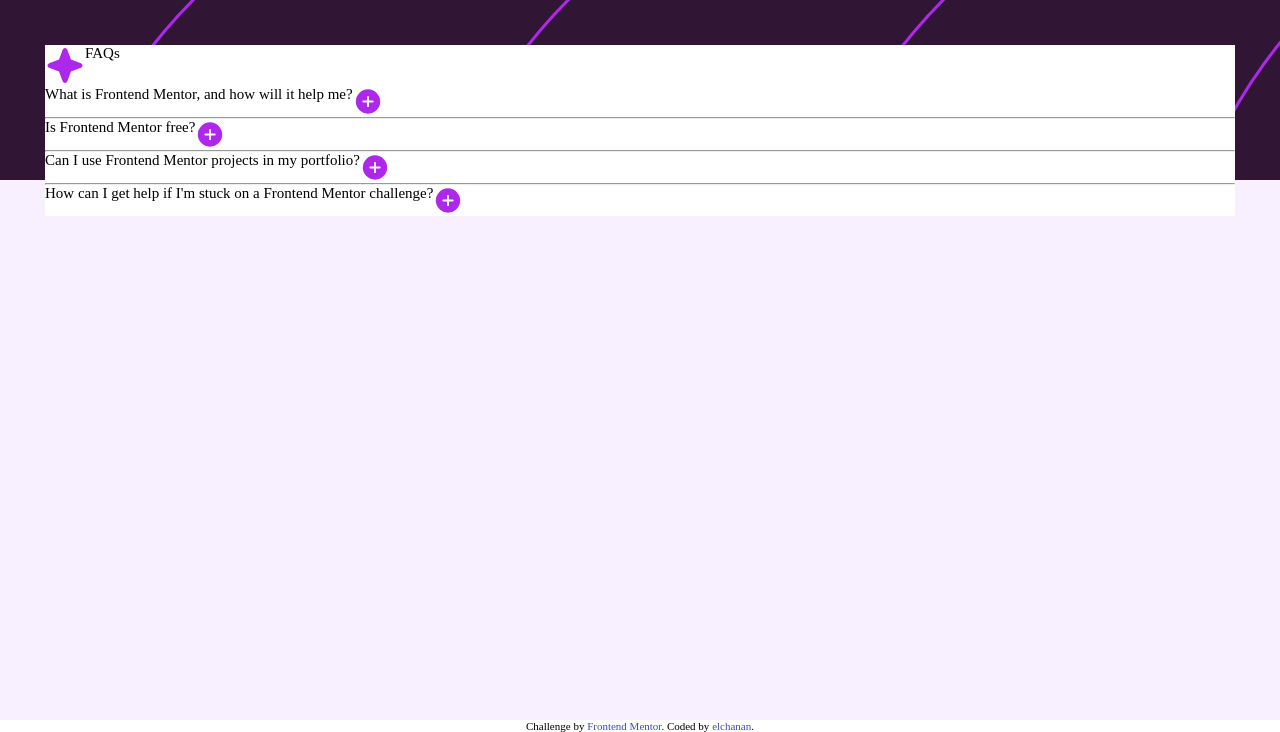
Repository: elchananChen/frontend-mentor-projects
Page: 2024/10/faQs/index.html
These files come from the project's save history. The page is drawn as it stood at one moment and after the next save; the edit follows.
The browser window is 1280 px wide. The pictures show the whole page.

Above is the page before, as saved 2024-10-13 06:04:23.

### 2024/10/faQs/index.html
<!DOCTYPE html>
<html lang="en">
  <head>
    <meta charset="UTF-8" />
    <meta name="viewport" content="width=device-width, initial-scale=1.0" />

    <link
      rel="icon"
      type="image/png"
      sizes="32x32"
      href="./assets/images/favicon-32x32.png"
    />

    <title>Frontend Mentor | FAQ accordion</title>

    <style>
      .attribution {
        font-size: 11px;
        text-align: center;
      }
      .attribution a {
        color: hsl(228, 45%, 44%);
      }
    </style>
    <link rel="stylesheet" href="./style.css" />
  </head>
  <body>
    <article>
      <div class="card">
        <header>
          <div class="flex">
            <div><img src="./assets/images/icon-star.svg" alt="" /></div>
            <h1>FAQs</h1>
          </div>
        </header>
        <main>
          <div class="flex">
            <h3>What is Frontend Mentor, and how will it help me?</h3>
            <div><img src="./assets/images/icon-plus.svg" alt="" /></div>
          </div>
          <p class="hidden">
            Frontend Mentor offers realistic coding challenges to help
            developers improve their frontend coding skills with projects in
            HTML, CSS, and JavaScript. It's suitable for all levels and ideal
            for portfolio building.
          </p>
          <hr />
          <div class="flex">
            <h3>Is Frontend Mentor free?</h3>
            <div><img src="./assets/images/icon-plus.svg" alt="" /></div>
          </div>
          <p class="hidden">
            Yes, Frontend Mentor offers both free and premium coding challenges,
            with the free option providing access to a range of projects
            suitable for all skill levels.
          </p>
          <hr />
          <div class="flex">
            <h3>Can I use Frontend Mentor projects in my portfolio?</h3>
            <div><img src="./assets/images/icon-plus.svg" alt="" /></div>
          </div>
          <p class="hidden">
            Yes, you can use projects completed on Frontend Mentor in your
            portfolio. It's an excellent way to showcase your skills to
            potential employers!
          </p>
          <hr />
          <div class="flex">
            <h3>
              How can I get help if I'm stuck on a Frontend Mentor challenge?
            </h3>
            <div><img src="./assets/images/icon-plus.svg" alt="" /></div>
          </div>
          <p class="hidden">
            The best place to get help is inside Frontend Mentor's Discord
            community. There's a help channel where you can ask questions and
            seek support from other community members.
          </p>
        </main>
      </div>
    </article>
    <div class="attribution">
      Challenge by
      <a href="https://www.frontendmentor.io?ref=challenge" target="_blank"
        >Frontend Mentor</a
      >. Coded by <a href="#">elchanan</a>.
    </div>
  </body>
</html>

### 2024/10/faQs/style.css
@import url("./css/reset.css");
@import url("./css/varieble.css");
@import url("./css/fonts.css");
@import url("./css/utilities.css");

article {
  min-height: 100vh;
  width: 100%;
  padding: 3rem;
  background: linear-gradient(180deg, transparent 25%, hsl(275, 100%, 97%) 25%),
    url("./assets/images/background-pattern-mobile.svg");
}
.card {
  /* min-height: 100vh; */
  background-color: var(--color-White);
}
header {
}

### 2024/10/faQs/css/reset.css
* {
  box-sizing: border-box;
  margin: 0;
  padding: 0;
}
html {
  font-family: "overpass-Regular";
}
html,
body {
  min-height: 100vh;
  width: 100%;
  font-size: 15px;
}

img {
  display: block;
  max-width: 100%;
}
h1,
h2,
h3,
h4,
h5,
h6 {
  font-size: 1rem;
  font-weight: normal;
}
button {
  border: 0px;
}

ul,
ol {
  padding-left: 0.5rem;
}
a {
  text-decoration: none;
  color: inherit;
}

### 2024/10/faQs/css/varieble.css
:root {
  --color-White: hsl(0, 0%, 100%);
  --color-Light-pink: hsl(275, 100%, 97%);
  --color-Grayish-purple: hsl(292, 16%, 49%);
  --color-Dark-purple: hsl(292, 42%, 14%);
}

### 2024/10/faQs/css/utilities.css
.flex {
  display: flex;
}
.hidden {
  display: none;
}

Loaded but not shown: 2024/10/faQs/css/fonts.css (no copy from this time; the picture is the same without it)

After the next save:
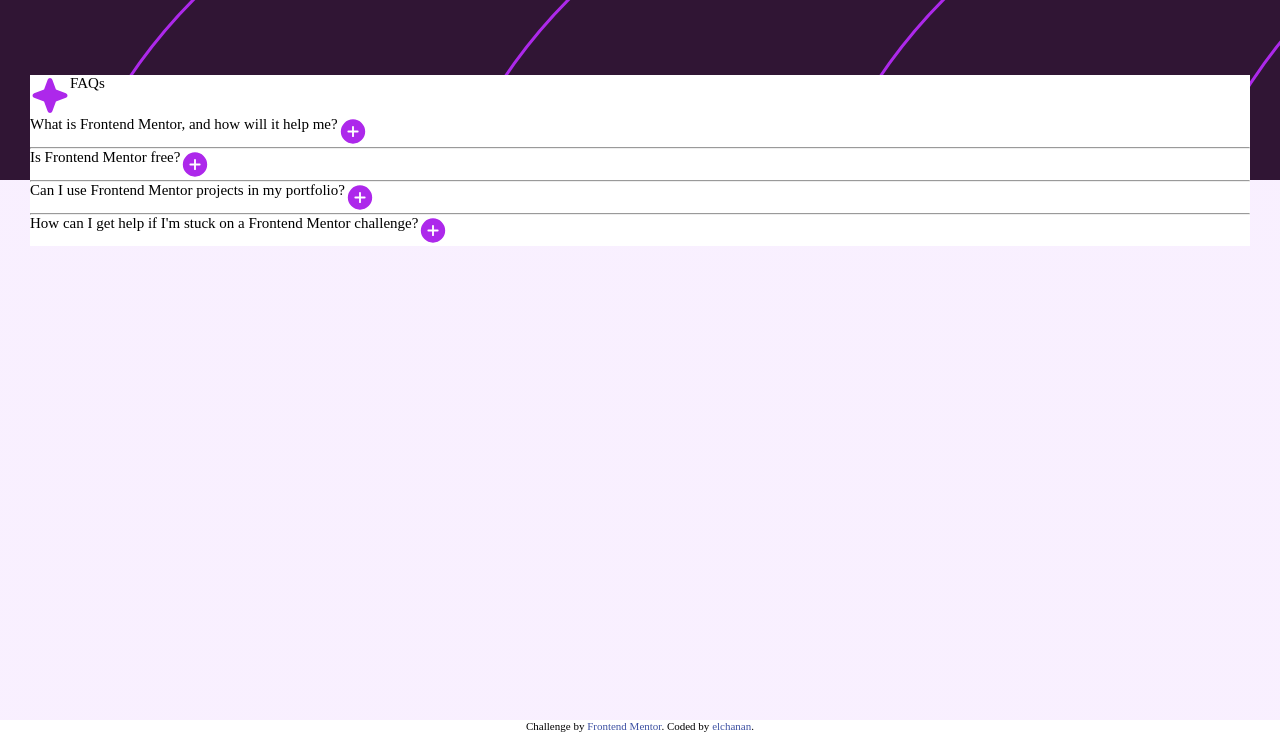
Saved 53 s later.
--- a/2024/10/faQs/style.css
+++ b/2024/10/faQs/style.css
@@ -6,7 +6,8 @@
 article {
   min-height: 100vh;
   width: 100%;
-  padding: 3rem;
+  padding: 2rem;
+  padding-block: 5rem;
   background: linear-gradient(180deg, transparent 25%, hsl(275, 100%, 97%) 25%),
     url("./assets/images/background-pattern-mobile.svg");
 }
